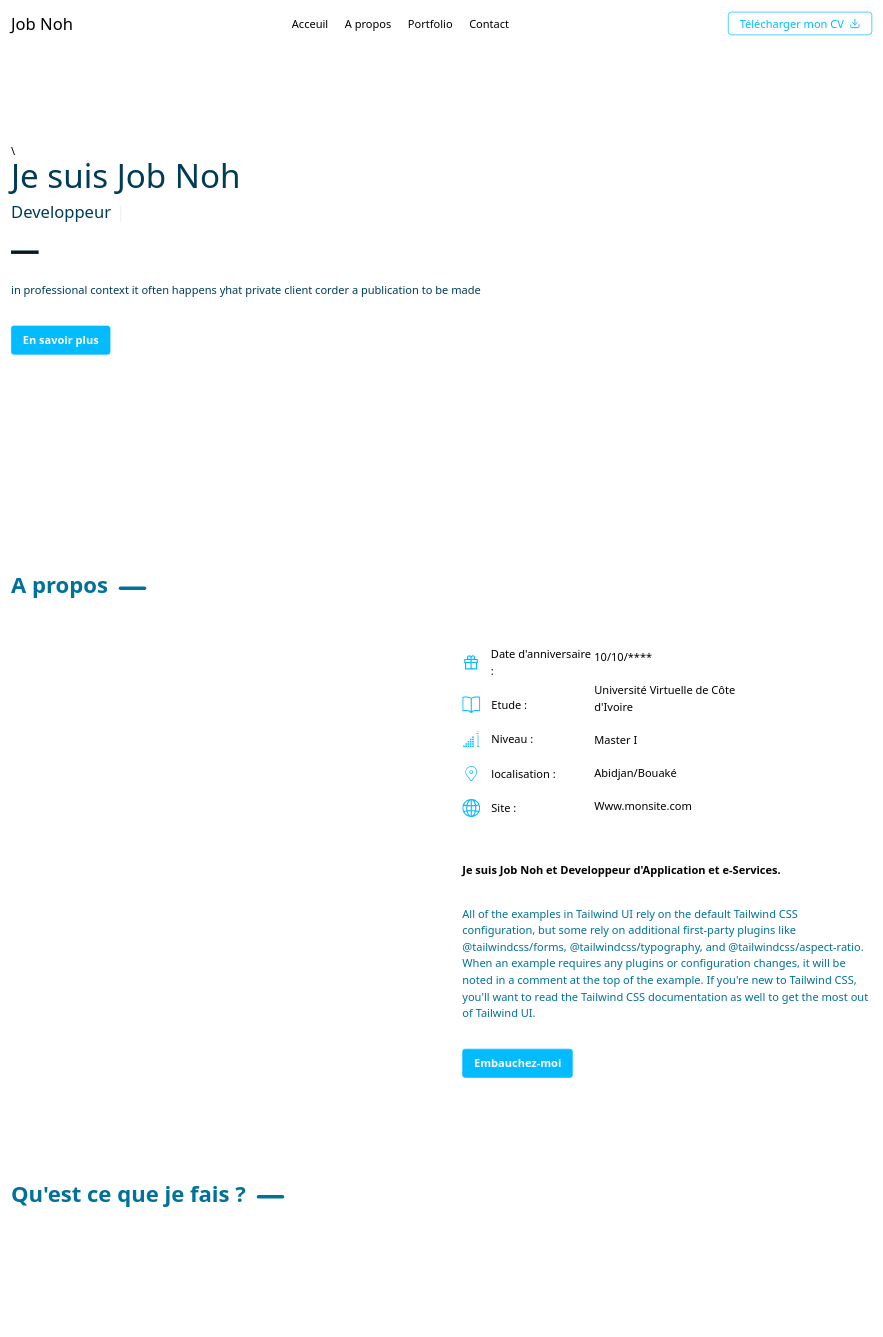
Repository: anoy1010/Nextportfolio
Page: /
The author's editor kept a copy of each file at every save. The page is drawn from the files as they stood at one save, then again after a run of saves.
The browser window is 1280 px wide. The pictures show the whole page, at 69% of full size.
Backgrounds fixed to the window are drawn as part of the page. The project was rebuilt for these pictures with package versions that can differ from the ones it lists, and the page was loaded fresh each time. The framework's server and built-in components were replaced by stand-ins that run in the browser. Also part of the build but not shown: next.config.js, styles/Home.module.css.

Above is the page before, as saved 2023-03-06 18:20:40.

After the next 3 saves:
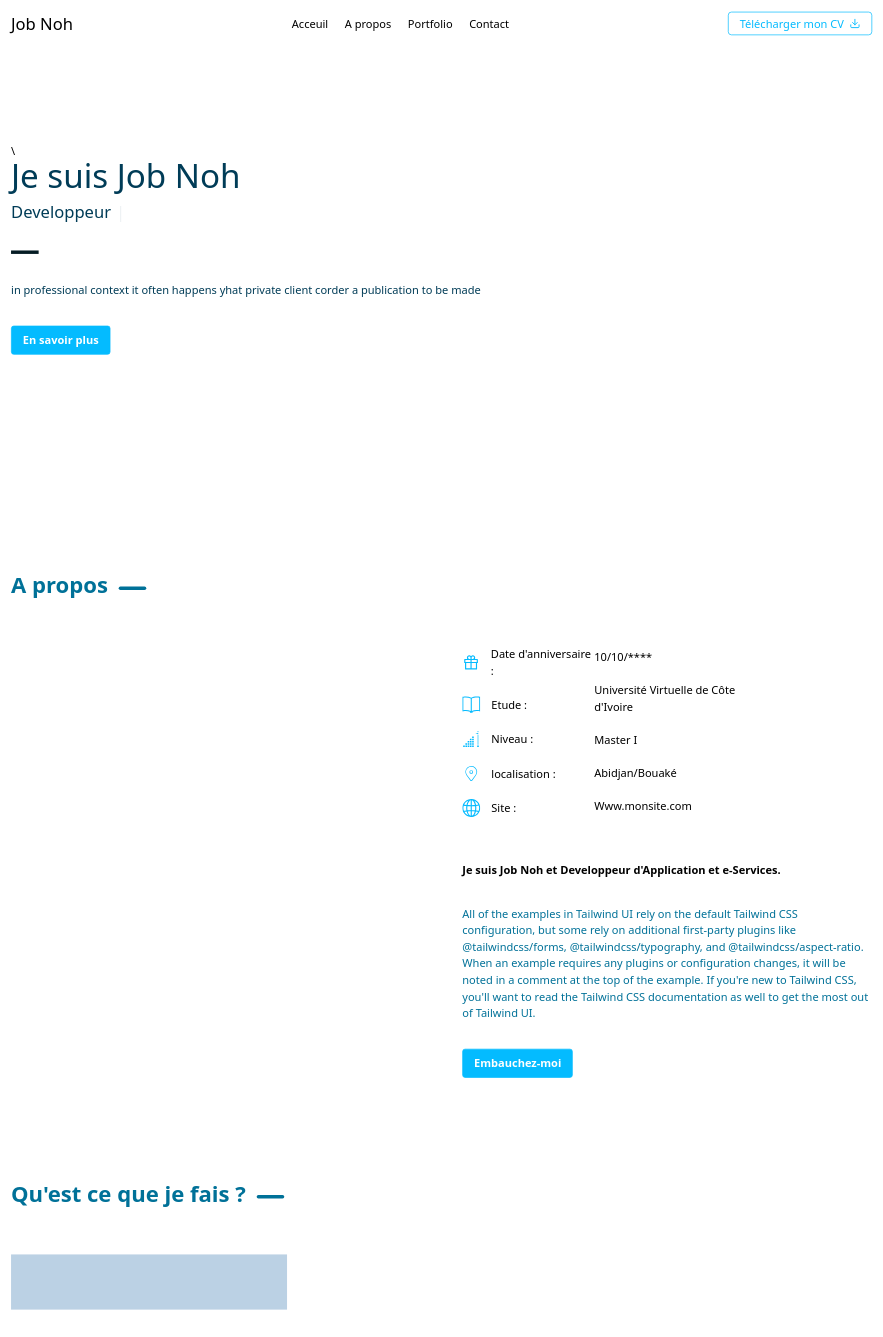
The 3 saves are shown as one change because they came seconds apart.
The last was saved 14 s later.
--- a/components/WhatIDo.js
+++ b/components/WhatIDo.js
@@ -6,7 +6,7 @@ const WhatIDo = () => {
     <section className='container mx-auto py-10 px-4'>
         <Heading title="Qu'est ce que je fais ?"/>
         <div className='grid grid-cols-1  md:grid-cols-3 gap-6'>
-            <div className='Shadow-lgf flex flex-col gap-4 px-8 py-10 bg-'>
+            <div className='Shadow-lgf flex flex-col gap-4 px-8 py-10 bg-[#0594]'>
 
             </div>
 
